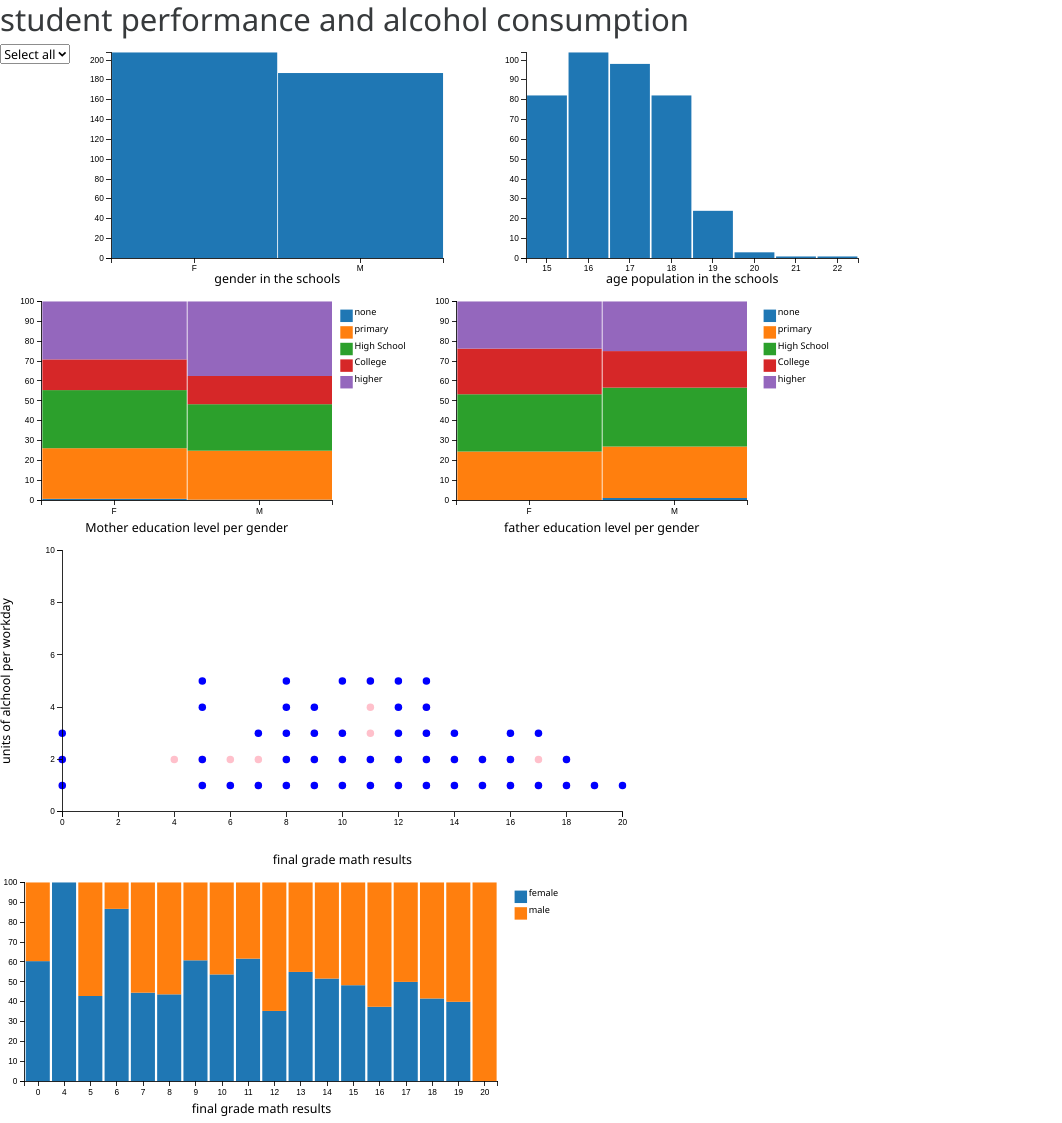
Repository: Baal89/second-milestone-project
Page: index.html
The author's editor kept a record of every edit. The page is drawn from the files as they stood at one moment, then again after the next edit.
The browser window is 1280 px wide. The pictures show the whole page, at 83% of full size.

Above is the page before.

After the next edit:
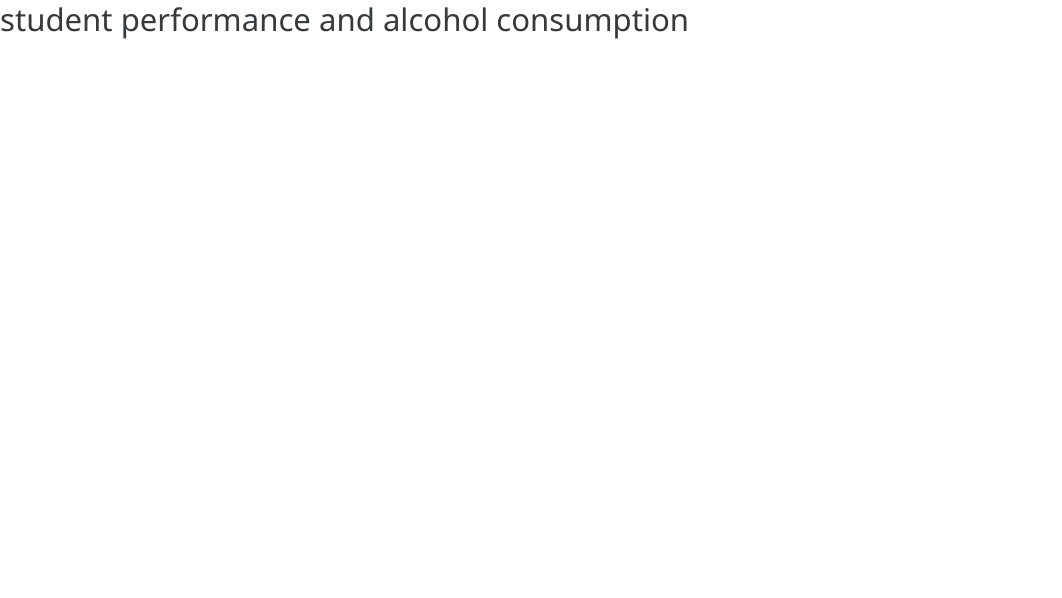
Console error: ReferenceError: percentageThatAreProf is not defined
The edit:
--- a/static/js/graph.js
+++ b/static/js/graph.js
@@ -209,17 +209,16 @@
         }
     );
 
-    dc.numberDisplay(element)
+   dc.numberDisplay(element)
         .formatNumber(d3.format(".2%"))
-        .valueAccessor(function(d) {
+        .valueAccessor(function (d) {
             if (d.count == 0) {
                 return 0;
-            }
-            else {
-                return (d.higher / d.count);
-            }
-        })
-        .group(percentageMotherHigherEducation);
+            } else {
+                return (d.are_prof / d.count);
+            }
+        })
+        .group(percentageThatAreProf)
 }
 
 function show_performance_to_workday_alcohol_cosumption(ndx) {

After the edit that followed:
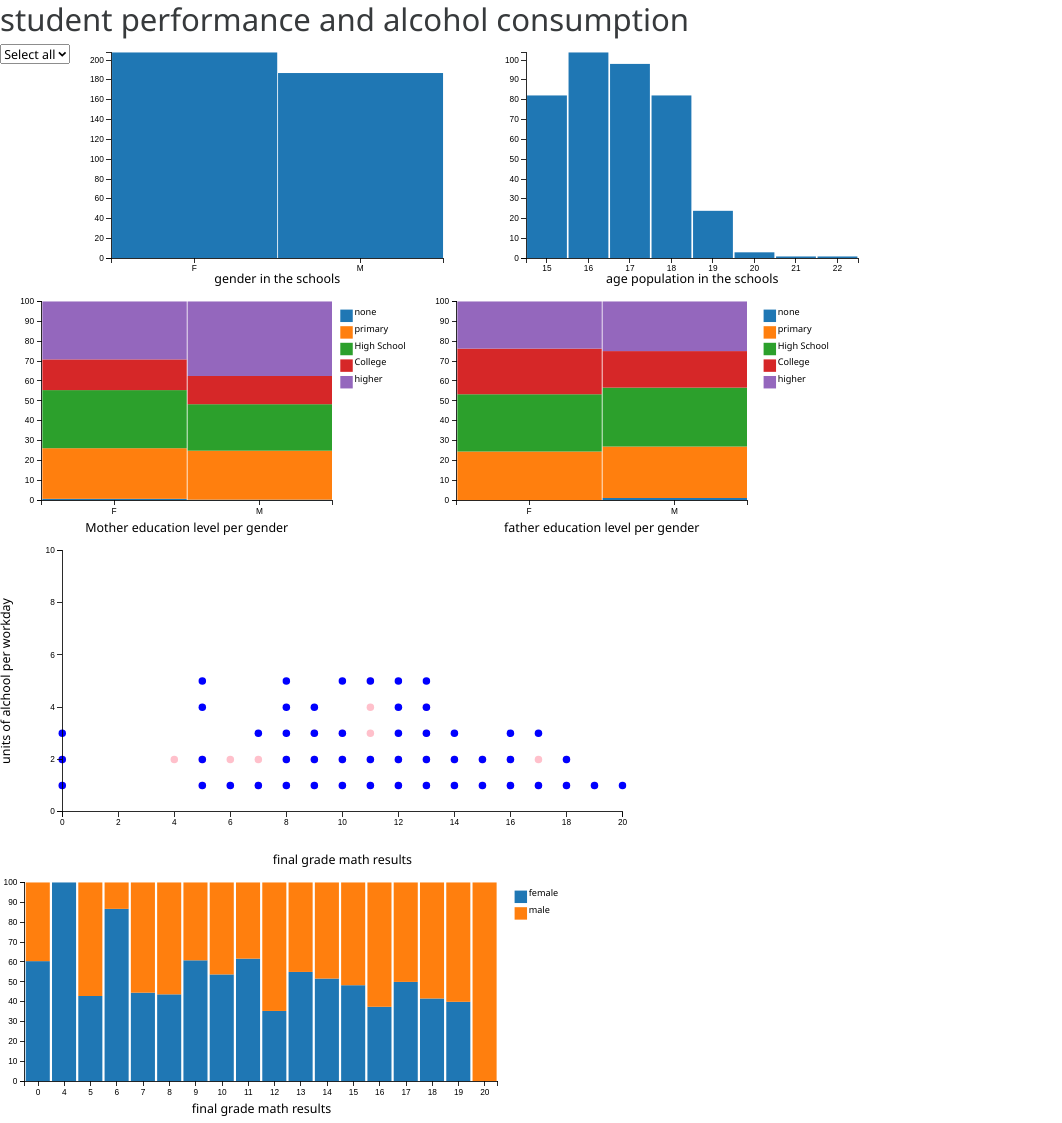
The error is gone.
The edit:
--- a/static/js/graph.js
+++ b/static/js/graph.js
@@ -218,7 +218,7 @@
                 return (d.are_prof / d.count);
             }
         })
-        .group(percentageThatAreProf)
+        .group(percentageMotherHigherEducation);
 }
 
 function show_performance_to_workday_alcohol_cosumption(ndx) {
